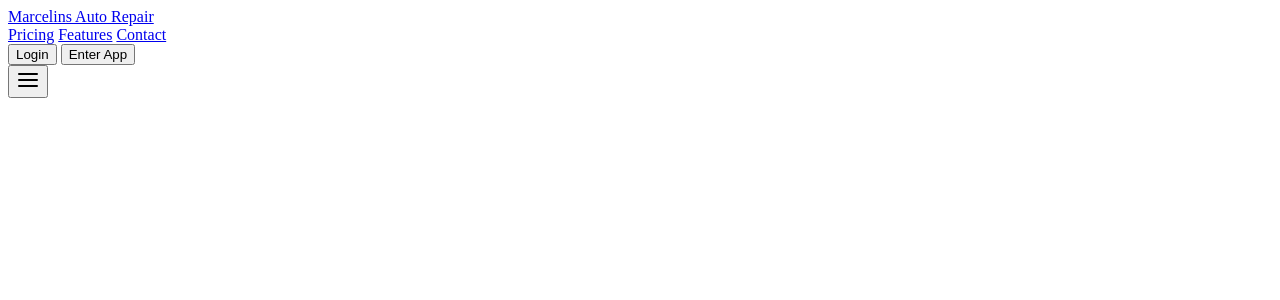
Repository: ilovegames507/twebsite-2
Page: public/index.html
The author's editor kept a copy of each file at every save. The page is drawn from the files as they stood at one save, then again after the next save.
The browser window is 1280 px wide. The pictures show the whole page.

Above is the page before, as saved 2025-03-15 19:30:15.

### public/index.html
<!DOCTYPE html>
<html lang="en">
  <head>
    <!-- Existing meta tags and links -->
    <!-- Add modern CSS variables and mobile-friendly viewport settings -->
    <style>

    </style>
  </head>
  <body>
    <header class="header">
      <div class="header__container">
        <a href="#" class="header__title">Marcelins Auto Repair</a>

        <nav class="header__nav">
          <a class="header__link" href="#pricing">Pricing</a>
          <a class="header__link" href="#features">Features</a>
          <a class="header__link" href="#contact">Contact</a>
          <div class="header__btn-container">
            <button class="header__btn">Login</button>
            <button class="header__btn">Enter App</button>
          </div>
        </nav>

        <button class="header__bars">
          <svg
            xmlns="http://www.w3.org/2000/svg"
            width="24"
            height="24"
            viewBox="0 0 24 24"
            fill="none"
            stroke="currentColor"
            stroke-width="2"
            stroke-linecap="round"
            stroke-linejoin="round"
          >
            <path d="M3 12h18M3 6h18M3 18h18"/>
          </svg>
        </button>
      </div>
    </header>

    <!-- Add simple JavaScript for mobile menu toggle -->
    <script>
      document.querySelector('.header__bars').addEventListener('click', function() {
        document.querySelector('.header').classList.toggle('header--mobile-open');
      });
    </script>
  </body>
</html>

### styles/modern-normalize.css
/*! modern-normalize v3.0.1 | MIT License | https://github.com/sindresorhus/modern-normalize */

/*
Document
========
*/

/**
Use a better box model (opinionated).
*/

*,
::before,
::after {
  box-sizing: border-box;
}

html {
  /* Improve consistency of default fonts in all browsers. (https://github.com/sindresorhus/modern-normalize/issues/3) */
  font-family: system-ui, "Segoe UI", Roboto, Helvetica, Arial, sans-serif,
    "Apple Color Emoji", "Segoe UI Emoji";
  line-height: 1.15; /* 1. Correct the line height in all browsers. */
  -webkit-text-size-adjust: 100%; /* 2. Prevent adjustments of font size after orientation changes in iOS. */
  tab-size: 4; /* 3. Use a more readable tab size (opinionated). */
}

/*
Sections
========
*/

body {
  margin: 0; /* Remove the margin in all browsers. */
}

/*
Text-level semantics
====================
*/

/**
Add the correct font weight in Chrome and Safari.
*/

b,
strong {
  font-weight: bolder;
}

/**
1. Improve consistency of default fonts in all browsers. (https://github.com/sindresorhus/modern-normalize/issues/3)
2. Correct the odd 'em' font sizing in all browsers.
*/

code,
kbd,
samp,
pre {
  font-family: ui-monospace, SFMono-Regular, Consolas, "Liberation Mono", Menlo,
    monospace; /* 1 */
  font-size: 1em; /* 2 */
}

/**
Add the correct font size in all browsers.
*/

small {
  font-size: 80%;
}

/**
Prevent 'sub' and 'sup' elements from affecting the line height in all browsers.
*/

sub,
sup {
  font-size: 75%;
  line-height: 0;
  position: relative;
  vertical-align: baseline;
}

sub {
  bottom: -0.25em;
}

sup {
  top: -0.5em;
}

/*
Tabular data
============
*/

/**
Correct table border color inheritance in Chrome and Safari. (https://issues.chromium.org/issues/40615503, https://bugs.webkit.org/show_bug.cgi?id=195016)
*/

table {
  border-color: currentcolor;
}

/*
Forms
=====
*/

/**
1. Change the font styles in all browsers.
2. Remove the margin in Firefox and Safari.
*/

button,
input,
optgroup,
select,
textarea {
  font-family: inherit; /* 1 */
  font-size: 100%; /* 1 */
  line-height: 1.15; /* 1 */
  margin: 0; /* 2 */
}

/**
Correct the inability to style clickable types in iOS and Safari.
*/

button,
[type="button"],
[type="reset"],
[type="submit"] {
  appearance: button;
  -webkit-appearance: button;
}

/**
Remove the padding so developers are not caught out when they zero out 'fieldset' elements in all browsers.
*/

legend {
  padding: 0;
}

/**
Add the correct vertical alignment in Chrome and Firefox.
*/

progress {
  vertical-align: baseline;
}

/**
Correct the cursor style of increment and decrement buttons in Safari.
*/

::-webkit-inner-spin-button,
::-webkit-outer-spin-button {
  height: auto;
}

/**
1. Correct the odd appearance in Chrome and Safari.
2. Correct the outline style in Safari.
*/

[type="search"] {
  appearance: textfield;
  -webkit-appearance: textfield; /* 1 */
  outline-offset: -2px; /* 2 */
}

/**
Remove the inner padding in Chrome and Safari on macOS.
*/

::-webkit-search-decoration {
  -webkit-appearance: none;
}

/**
1. Correct the inability to style clickable types in iOS and Safari.
2. Change font properties to 'inherit' in Safari.
*/

::-webkit-file-upload-button {
  -webkit-appearance: button; /* 1 */
  font: inherit; /* 2 */
}

/*
Interactive
===========
*/

/*
Add the correct display in Chrome and Safari.
*/

summary {
  display: list-item;
}

### public/styles/global.css
:root {
    /* fonts */
    --font-primary: "Inter", sans-serif;
    --font-secondary: "Source Code Pro", monospace;

    /* colors */
    --clr-dark: #000000;

    --clr-slate50: #f8fafc; /* slate50 */
    --clr-slate100: #f1f5f9; /* slate100 */
    --clr-light: #e2e8f0; /* slate200 */
    --clr-slate300: #cbd5e1; /* slate300 */
    --clr-text: #94a3b8; /* slate400 */
    --clr-slate800: #1e293b; /* slate800 */
    --clr-bg: #0a101f;

    --clr-muted: #4a5566;

    /* shadow */
    --shadow-xl: 0 19px 38px rgba(15, 23, 42, 0.3),
      0 15px 12px rgba(15, 23, 42, 0.22);

    /* sizes */
    --size-xxs: 0.5rem;
    --size-xs: 0.75rem;
    --size-sm: 0.875rem;
    --size-base: 1rem;
    --size-lg: 1.125rem;
    --size-xl: 1.25rem;
    --size-2xl: 1.5rem;
    --size-3xl: 1.875rem;
    --size-4xl: 2.25rem;
    --size-5xl: 3rem;
    --size-6xl: 3.75rem;
    --size-7xl: 4.5rem;
    --size-8xl: 6rem;
    --size-9xl: 8rem;
    --size-10xl: 10rem;
  }

  * {
    margin: 0;
    padding: 0;
    line-height: calc(1em + 0.5rem);
  }

  body {
    font-family: var(--font-primary);
    background-color: var(--clr-dark);
    color: var(--clr-light);
  }

  img,
  picture,
  video,
  canvas,
  svg {
    display: block;
    max-width: 100%;
  }

  input,
  button,
  textarea,
  select {
    font: inherit;
  }

  button {
    border: none;
    background: none;
    color: inherit;
    cursor: pointer;
  }

  h1,
  h2,
  h3,
  h4,
  h5,
  h6 {
    letter-spacing: -0.025em;
  }

  p {
    color: var(--clr-text);
  }

  a {
    color: var(--clr-slate50);
  }

  strong {
    color: #ff0000;
    font-weight: 800;
  }

  button:focus-visible,
  a:focus-visible {
    outline: solid var(--clr-light);
  }

  body::-webkit-scrollbar {
    width: 8px;
  }

  body::-webkit-scrollbar-track {
    box-shadow: inset 0 0 6 px rgba(0, 0, 0, 0);
  }

  body::-webkit-scrollbar-thumb {
    background-color: var(--clr-slate50);
    border-radius: 1000px;
  }

  body::-webkit-scrollbar-thumb:hover {
    background: #555;
  }

### public/styles/components/header.css
:root {
  --clr-dark: #0a0a0a;
  --clr-light: #ffffff;
  --clr-accent: #2563eb;
  --clr-gray: #6b7280;
  --font-primary: 'Inter', sans-serif;
  --font-secondary: 'Source Code Pro', monospace;
  --transition: all 0.3s cubic-bezier(0.4, 0, 0.2, 1);
  --shadow: 0 4px 6px -1px rgba(0, 0, 0, 0.1);
}

/* Updated header styles */
.header {
  position: sticky;
  top: 0;
  background: rgba(var(--clr-dark), 0.95);
  backdrop-filter: blur(8px);
  z-index: 50;
  box-shadow: var(--shadow);
}

.header__container {
  display: flex;
  justify-content: space-between;
  align-items: center;
  padding: 1rem 1.5rem;
  max-width: 1440px;
  margin: 0 auto;
}

.header__title {
  color: var(--clr-light);
  font-family: var(--font-primary);
  font-size: 1.5rem;
  font-weight: 700;
  letter-spacing: -0.025em;
  text-decoration: none;
  transition: var(--transition);
}

.header__nav {
  display: flex;
  gap: 2rem;
  align-items: center;
}

.header__link {
  color: var(--clr-light);
  font-family: var(--font-primary);
  font-size: 0.875rem;
  font-weight: 500;
  text-decoration: none;
  transition: var(--transition);
  padding: 0.5rem 1rem;
  border-radius: 0.375rem;
}

.header__link:hover {
  background: rgba(255, 255, 255, 0.1);
}

.header__btn {
  background: var(--clr-accent);
  color: var(--clr-light);
  padding: 0.625rem 1.25rem;
  border-radius: 0.375rem;
  font-weight: 600;
  transition: var(--transition);
}

.header__btn:hover {
  background: #1d4ed8;
}

.header__bars {
  display: none;
  color: var(--clr-light);
  background: none;
  padding: 0.5rem;
  border-radius: 0.375rem;
}

/* Mobile styles */
@media (max-width: 768px) {
  .header__nav {
    display: none;
  }

  .header__bars {
    display: block;
  }

  /* Mobile menu styles */
  .header--mobile-open .header__nav {
    display: flex;
    flex-direction: column;
    position: absolute;
    top: 100%;
    left: 0;
    right: 0;
    background: var(--clr-dark);
    padding: 1rem;
    gap: 0.5rem;
  }

  .header--mobile-open .header__link {
    width: 100%;
    text-align: center;
    padding: 0.75rem;
  }

  .header--mobile-open .header__btn-container {
    display: flex;
    flex-direction: column;
    gap: 0.5rem;
    margin-top: 1rem;
  }
}

### styles/utils.css
/* xs */
/* @media (min-width: 475px) {} */

/* sm */
/* @media (min-width: 640px) {} */

/* md */
/* @media (min-width: 768px) {} */

/* lg */
/* @media (min-width: 1024px) {} */

/* xl */
/* @media (min-width: 1280px) {} */

/* 2xl */
/* @media (min-width: 1536px) {} */

.container {
    width: 100%;
    margin-inline: auto;
    padding-inline: 0.5rem;
  }

  .btn {
    display: inline-block;
    background-color: rgb(255, 255, 255);
    color: var(--clr-dark);
    padding: 0.5em 1em;
    font-weight: 500;
    border-radius: 6px;
    line-height: 1.75rem;
    text-decoration: none;
    transition: 0.2s ease-in-out;
  }

  .btn:hover {
    transform: translateY(2px);
    background-color: rgb(168, 168, 168);
  }

  btn:focus-visible {
    outline: solid var(--clr-text);
  }

  .section {
    margin-top: 5rem;
  }

  .title {
    text-transform: uppercase;
    margin-bottom: 1rem;
    font-family: var(--font-secondary);
    color: var(--clr-text);
    font-size: var(--size-base);
  }

  /* xs */
  @media (min-width: 475px) {
    .container {
      max-width: 475px;
    }
  }

  /* sm */
  @media (min-width: 640px) {
    .container {
      max-width: 640px;
    }

    .title {
      font-size: var(--size-sm);
    }
  }

  /* md */
  @media (min-width: 768px) {
    .container {
      max-width: 768px;
    }
  }

  /* lg */
  @media (min-width: 1024px) {
    .container {
      max-width: 1024px;
    }

    .section {
      margin-top: 10rem;
    }

    .title {
      font-size: var(--size-base);
    }
  }

  /* xl */
  @media (min-width: 1280px) {
    .container {
      max-width: 1280px;
    }
  }

  /* 2xl */
  @media (min-width: 1536px) {
    .container {
      max-width: 1536px;
    }
  }

After the next save:
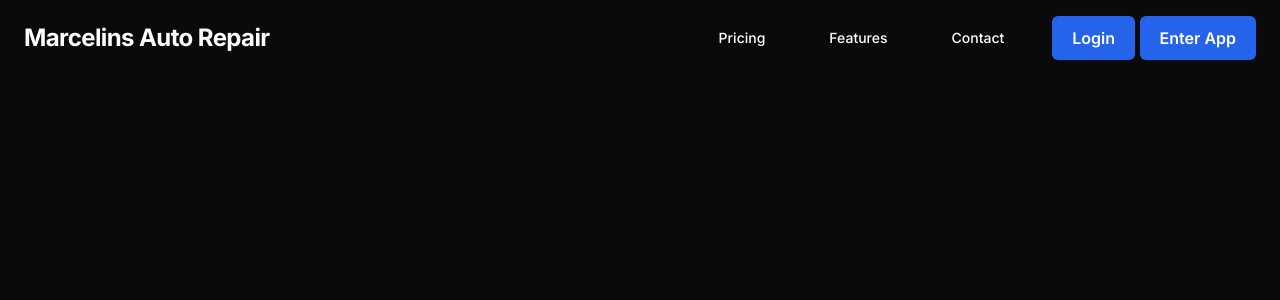
Saved 21 s later.
--- a/public/index.html
+++ b/public/index.html
@@ -1,11 +1,24 @@
 <!DOCTYPE html>
 <html lang="en">
   <head>
-    <!-- Existing meta tags and links -->
-    <!-- Add modern CSS variables and mobile-friendly viewport settings -->
-    <style>
+    <head>
+      <meta charset="UTF-8" />
+      <meta name="viewport" content="width=device-width, initial-scale=1.0" />
+      <link rel="preconnect" href="https://fonts.googleapis.com" />
+      <link rel="preconnect" href="https://fonts.gstatic.com" crossorigin />
+      <link
+        href="https://fonts.googleapis.com/css2?family=Inter:ital,opsz,wght@0,14..32,100..900;1,14..32,100..900&family=Source+Code+Pro:ital,wght@0,200..900;1,200..900&display=swap"
+        rel="stylesheet"
+      />
+      <link rel="stylesheet" href="styles/modern-normalize.css" />
+      <link rel="stylesheet" href="styles/global.css" />
+      <link rel="stylesheet" href="styles/components/header.css" />
 
-    </style>
+      <link rel="stylesheet" href="styles/utils.css" />
+
+      <link rel="icon" href="public/woofplayz-icon.png" type="image/x-icon" />
+      <title>Marcelins Auto Repair</title>
+    </head>
   </head>
   <body>
     <header class="header">
